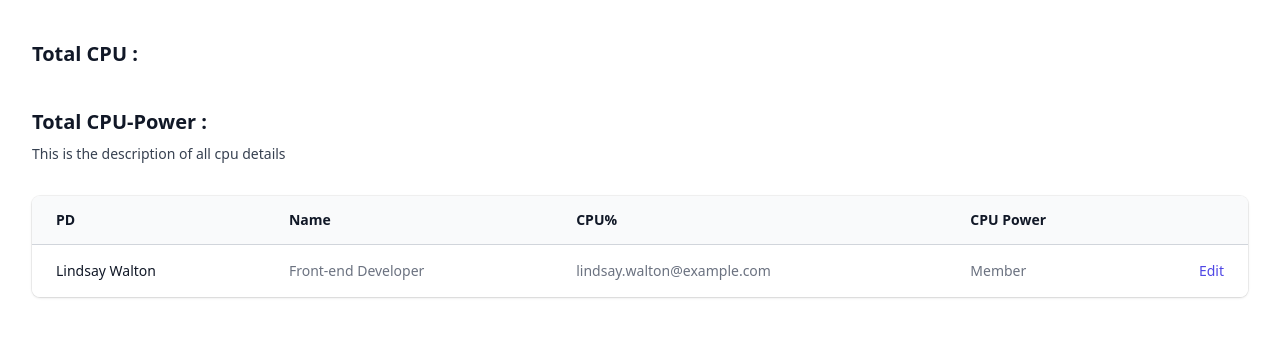
Repository: emorilebo/cpu-reader
Page: /
The author's editor kept a copy of each file at every save. The page is drawn from the files as they stood at one save, then again after the next save.
The browser window is 1280 px wide. The pictures show the whole page.
The project was rebuilt for these pictures with package versions that can differ from the ones it lists, and the page was loaded fresh each time. The framework's server and built-in components were replaced by stand-ins that run in the browser. Also part of the build but not shown: next.config.js, styles/Home.module.css.

Above is the page before, as saved 2023-01-13 12:31:02.

### pages/index.js
import Head from 'next/head'
import Image from 'next/image'
import { Inter } from '@next/font/google'
import styles from '../styles/Home.module.css'
import Tables from '../components/Tables'

const inter = Inter({ subsets: ['latin'] })

export default function Home() {
  return (
    <>
      <Head>
        <title>Create Next App</title>
        <meta name="description" content="Generated by create next app" />
        <meta name="viewport" content="width=device-width, initial-scale=1" />
        <link rel="icon" href="/favicon.ico" />
      </Head>
      <main className="">
       <Tables/>
      </main>
    </>
  )
}

### styles/globals.css
@tailwind base;
@tailwind components;
@tailwind utilities;

/* :root {
  --max-width: 1100px;
  --border-radius: 12px;
  --font-mono: ui-monospace, Menlo, Monaco, "Cascadia Mono", "Segoe UI Mono",
    "Roboto Mono", "Oxygen Mono", "Ubuntu Monospace", "Source Code Pro",
    "Fira Mono", "Droid Sans Mono", "Courier New", monospace;

  --foreground-rgb: 0, 0, 0;
  --background-start-rgb: 214, 219, 220;
  --background-end-rgb: 255, 255, 255;

  --primary-glow: conic-gradient(
    from 180deg at 50% 50%,
    #16abff33 0deg,
    #0885ff33 55deg,
    #54d6ff33 120deg,
    #0071ff33 160deg,
    transparent 360deg
  );
  --secondary-glow: radial-gradient(
    rgba(255, 255, 255, 1),
    rgba(255, 255, 255, 0)
  );

  --tile-start-rgb: 239, 245, 249;
  --tile-end-rgb: 228, 232, 233;
  --tile-border: conic-gradient(
    #00000080,
    #00000040,
    #00000030,
    #00000020,
    #00000010,
    #00000010,
    #00000080
  );

  --callout-rgb: 238, 240, 241;
  --callout-border-rgb: 172, 175, 176;
  --card-rgb: 180, 185, 188;
  --card-border-rgb: 131, 134, 135;
}

@media (prefers-color-scheme: dark) {
  :root {
    --foreground-rgb: 255, 255, 255;
    --background-start-rgb: 0, 0, 0;
    --background-end-rgb: 0, 0, 0;

    --primary-glow: radial-gradient(rgba(1, 65, 255, 0.4), rgba(1, 65, 255, 0));
    --secondary-glow: linear-gradient(
      to bottom right,
      rgba(1, 65, 255, 0),
      rgba(1, 65, 255, 0),
      rgba(1, 65, 255, 0.3)
    );

    --tile-start-rgb: 2, 13, 46;
    --tile-end-rgb: 2, 5, 19;
    --tile-border: conic-gradient(
      #ffffff80,
      #ffffff40,
      #ffffff30,
      #ffffff20,
      #ffffff10,
      #ffffff10,
      #ffffff80
    );

    --callout-rgb: 20, 20, 20;
    --callout-border-rgb: 108, 108, 108;
    --card-rgb: 100, 100, 100;
    --card-border-rgb: 200, 200, 200;
  }
}

* {
  box-sizing: border-box;
  padding: 0;
  margin: 0;
}

html,
body {
  max-width: 100vw;
  overflow-x: hidden;
}

body {
  color: rgb(var(--foreground-rgb));
  background: linear-gradient(
      to bottom,
      transparent,
      rgb(var(--background-end-rgb))
    )
    rgb(var(--background-start-rgb));
}

a {
  color: inherit;
  text-decoration: none;
}

@media (prefers-color-scheme: dark) {
  html {
    color-scheme: dark;
  }
} */

### components/Tables.jsx
import React from "react";

const cpus = [
  {
    name: "Lindsay Walton",
    title: "Front-end Developer",
    email: "lindsay.walton@example.com",
    role: "Member",
  },
  // More people...
];

export default function Tables() {
  return (
    <div className="px-4 sm:px-6 lg:px-8">
      <div className="sm:flex sm:items-center">
        <div className="sm:flex-auto">
          <h1 className=" mt-10 text-xl font-semibold text-gray-900">
            Total CPU :{" "}
          </h1>
          <h1 className=" mt-10 text-xl font-semibold text-gray-900">
            Total CPU-Power :{" "}
          </h1>
          <p className="mt-2 text-sm text-gray-700">
            This is the description of all cpu details
          </p>
        </div>
      </div>
      <div className="mt-8 flex flex-col">
        <div className="-my-2 -mx-4 overflow-x-auto sm:-mx-6 lg:-mx-8">
          <div className="inline-block min-w-full py-2 align-middle md:px-6 lg:px-8">
            <div className="overflow-hidden shadow ring-1 ring-black ring-opacity-5 md:rounded-lg">
              <table className="min-w-full divide-y divide-gray-300">
                <thead className="bg-gray-50">
                  <tr>
                    <th
                      scope="col"
                      className="py-3.5 pl-4 pr-3 text-left text-sm font-semibold text-gray-900 sm:pl-6"
                    >
                      PD
                    </th>
                    <th
                      scope="col"
                      className="px-3 py-3.5 text-left text-sm font-semibold text-gray-900"
                    >
                      Name
                    </th>
                    <th
                      scope="col"
                      className="px-3 py-3.5 text-left text-sm font-semibold text-gray-900"
                    >
                      CPU%
                    </th>
                    <th
                      scope="col"
                      className="px-3 py-3.5 text-left text-sm font-semibold text-gray-900"
                    >
                      CPU Power
                    </th>
                    <th
                      scope="col"
                      className="relative py-3.5 pl-3 pr-4 sm:pr-6"
                    >
                      <span className="sr-only">Edit</span>
                    </th>
                  </tr>
                </thead>
                <tbody className="divide-y divide-gray-200 bg-white">
                  {cpus.map((cpu) => (
                    <tr key={cpu.email}>
                      <td className="whitespace-nowrap py-4 pl-4 pr-3 text-sm font-medium text-gray-900 sm:pl-6">
                        {cpu.name}
                      </td>
                      <td className="whitespace-nowrap px-3 py-4 text-sm text-gray-500">
                        {cpu.title}
                      </td>
                      <td className="whitespace-nowrap px-3 py-4 text-sm text-gray-500">
                        {cpu.email}
                      </td>
                      <td className="whitespace-nowrap px-3 py-4 text-sm text-gray-500">
                        {cpu.role}
                      </td>
                      <td className="relative whitespace-nowrap py-4 pl-3 pr-4 text-right text-sm font-medium sm:pr-6">
                        <a
                          href="#"
                          className="text-indigo-600 hover:text-indigo-900"
                        >
                          Edit<span className="sr-only">, {cpu.name}</span>
                        </a>
                      </td>
                    </tr>
                  ))}
                </tbody>
              </table>
            </div>
          </div>
        </div>
      </div>
    </div>
  );
}

Loaded but not shown: pages/_app.js (common file); pages/_document.js (common file); tailwind.config.js (common file)

After the next save:
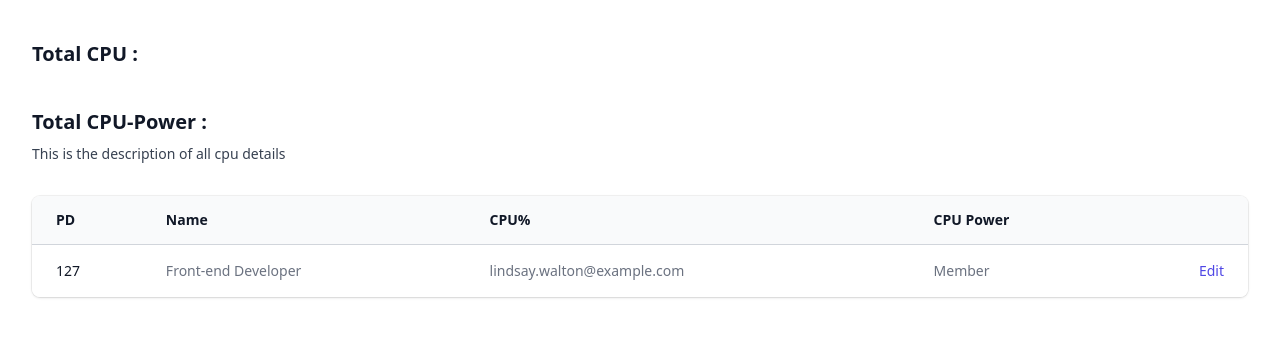
Saved 22 s later.
--- a/components/Tables.jsx
+++ b/components/Tables.jsx
@@ -2,7 +2,7 @@ import React from "react";
 
 const cpus = [
   {
-    name: "Lindsay Walton",
+    name: "127",
     title: "Front-end Developer",
     email: "lindsay.walton@example.com",
     role: "Member",
